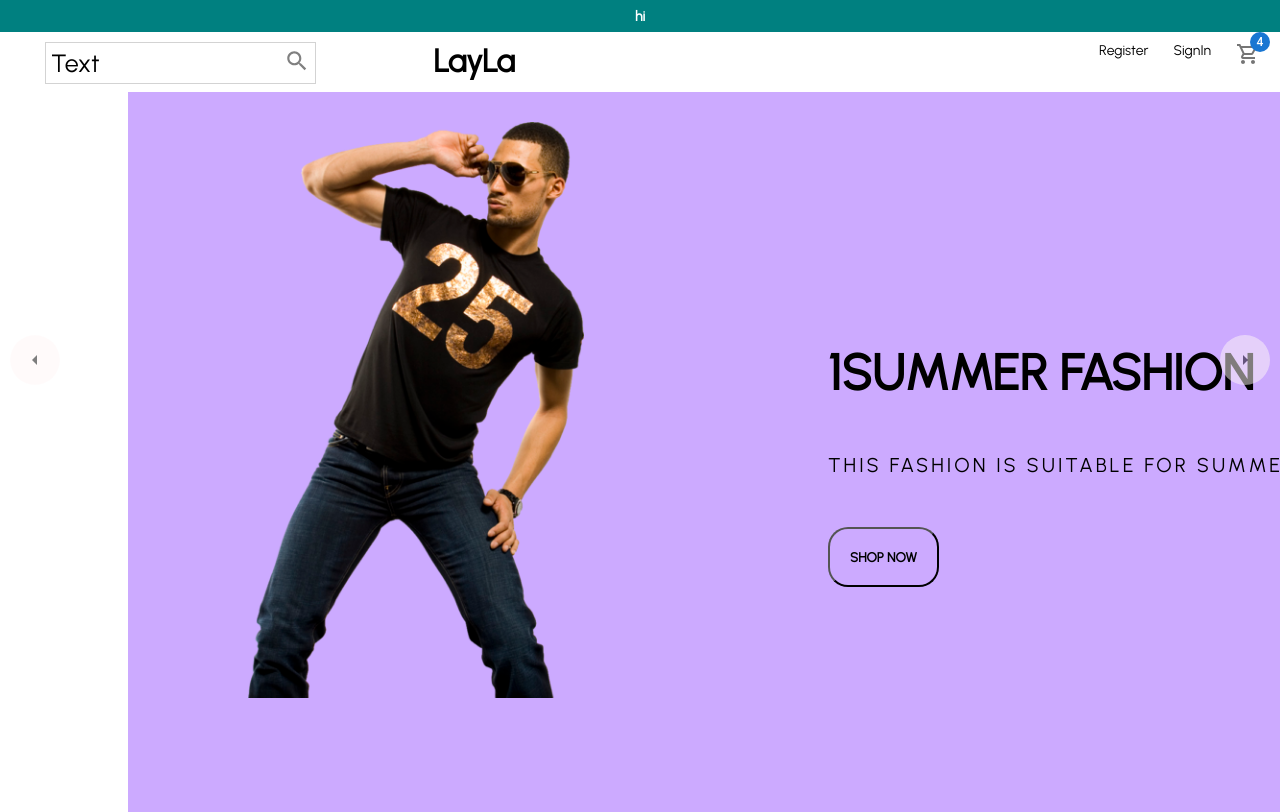
Repository: WaiMaungMaung/React_Ecom
Page: /
An editor plug-in stored every save of this project. The page is shown before and after the next save, followed by the edit.
The browser window is 1280 px wide. The pictures show the whole page.
The project was rebuilt for these pictures with package versions that can differ from the ones it lists, and the page was loaded fresh each time.

Above is the page before, as saved 2022-05-06 15:40:17.

After the next save:
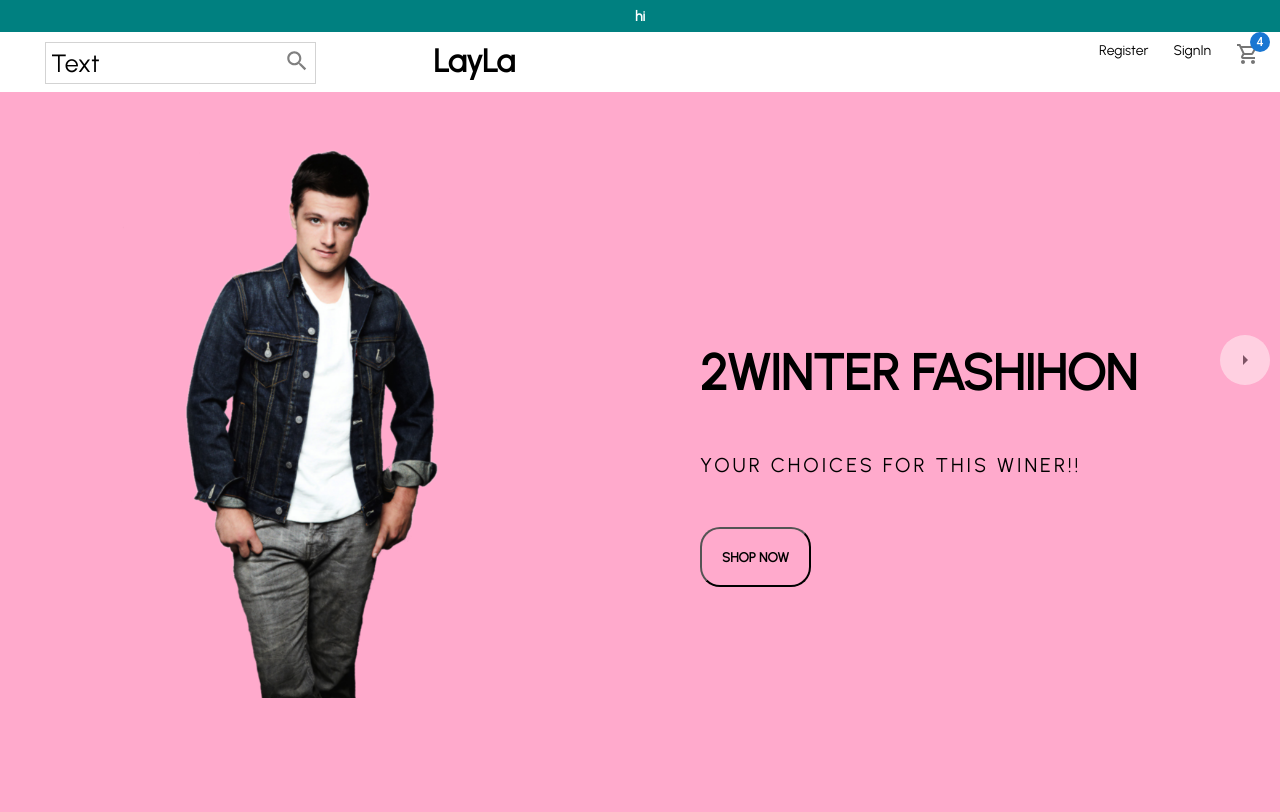
Saved 10 s later.
--- a/src/components/Slider.jsx
+++ b/src/components/Slider.jsx
@@ -45,7 +45,7 @@ const ImgContainer = styled.div`
 const Wrapper = styled.div`
   height: 100%;
   display: flex;
-  transform: translateX(10vw);
+  transform: translateX(-100vw);
 `;
 const InfoContainer = styled.div`
   flex: 1;
